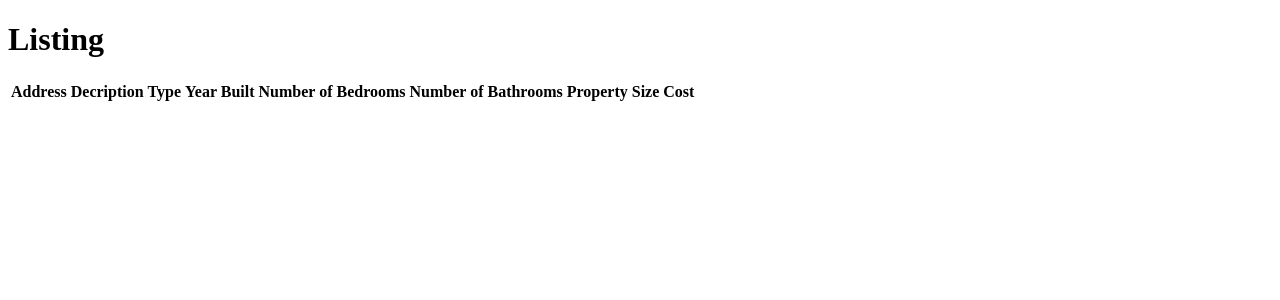
Repository: rickytorrez/test
Page: http://localhost/dcHome/WEB-INF/listing.jsp
An editor plug-in stored every save of this project. The page is shown before and after the next save, followed by the edit.
The browser window is 1280 px wide. The pictures show the whole page.
The page is served by Tomcat 9. Nobody is signed in. Other server files are loaded and not shown. The template is opened directly, without the code that normally fills it, so the values that code supplies are empty.

Above is the page before, as saved 2018-05-31 17:08:21.

### dcHome/src/main/webapp/WEB-INF/listing.jsp
<%@ page language="java" contentType="text/html; charset=UTF-8"
    pageEncoding="UTF-8"%>
<%@ taglib uri="http://java.sun.com/jsp/jstl/core" prefix="c" %>
<%@taglib prefix="fmt" uri="http://java.sun.com/jsp/jstl/fmt"%>
<%@taglib prefix="form" uri="http://www.springframework.org/tags/form"%>
<%@ taglib prefix="spring" uri="http://www.springframework.org/tags" %>
<!DOCTYPE html PUBLIC "-//W3C//DTD HTML 4.01 Transitional//EN" "http://www.w3.org/TR/html4/loose.dtd">
<html>
	<head>
		<meta http-equiv="Content-Type" content="text/html; charset=UTF-8">
		<title>Listings</title>
	</head>
		<body>
			<h1>Listing</h1>
			<table>
				<tr border="1px">
					<th>Address</th>
					<th>Decription</th>
					<th>Type</th>
					<th>Year Built</th>
					<th>Number of Bedrooms</th>
					<th>Number of Bathrooms</th>
					<th>Property Size</th>
					<th>Cost</th>
				</tr>
				<tr>
				</tr>


				<tr></tr>
			</table>

		</body>
</html>

After the next save:
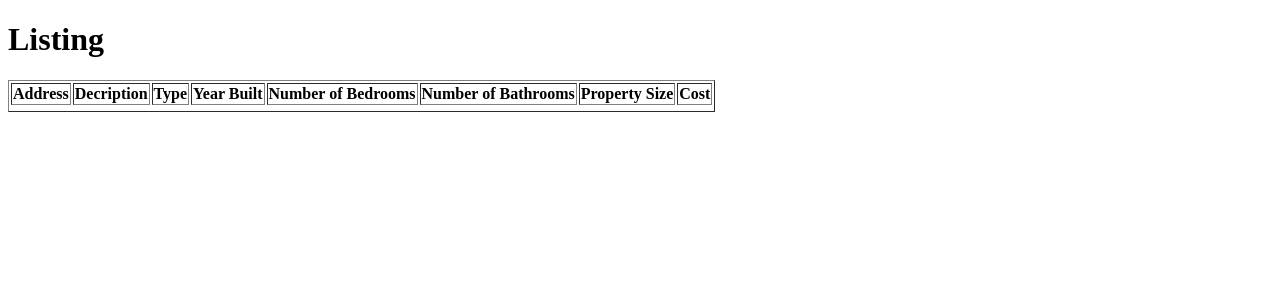
Saved 9 s later.
--- a/dcHome/src/main/webapp/WEB-INF/listing.jsp
+++ b/dcHome/src/main/webapp/WEB-INF/listing.jsp
@@ -12,8 +12,8 @@
 	</head>
 		<body>
 			<h1>Listing</h1>
-			<table>
-				<tr border="1px">
+			<table border="1px">
+				<tr>
 					<th>Address</th>
 					<th>Decription</th>
 					<th>Type</th>
